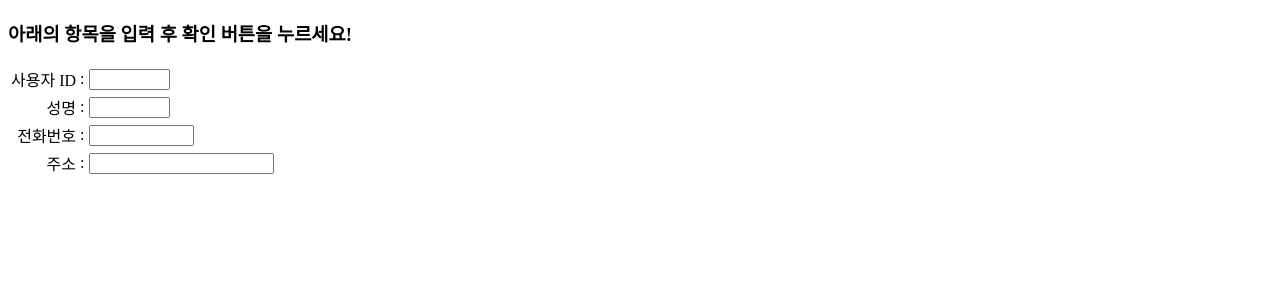
Repository: HyeogDo/Study_Java
Page: http://localhost/Quiz_04/insertLogin.jsp
The author's editor kept a copy of each file at every save. The page is drawn from the files as they stood at one save, then again after the next save.
The browser window is 1280 px wide. The pictures show the whole page.
The page is served by Tomcat 9.

Above is the page before, as saved 2022-03-22 02:11:03.

After the next save:
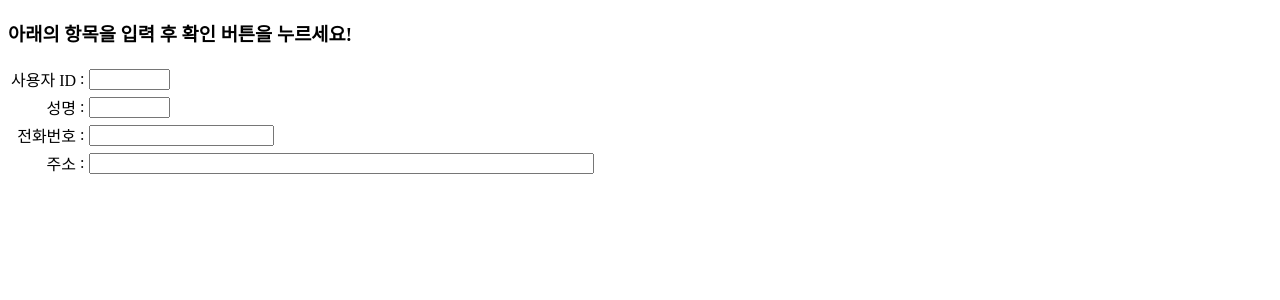
Saved 16 s later.
--- a/Servlets/Quiz_04/src/main/webapp/insertLogin.jsp
+++ b/Servlets/Quiz_04/src/main/webapp/insertLogin.jsp
@@ -20,11 +20,11 @@
 				</tr>
 				<tr>
 					<td align="right">전화번호</td>
-					<td> : <input type="text" name="userPhone" size="10"></td>
+					<td> : <input type="text" name="userPhone" size="20"></td>
 				</tr>
 				<tr>
 					<td align="right">주소</td>
-					<td> : <input type="text" name="userAddress" size="20"></td>
+					<td> : <input type="text" name="userAddress" size="60"></td>
 				</tr>
 			</table>
 
